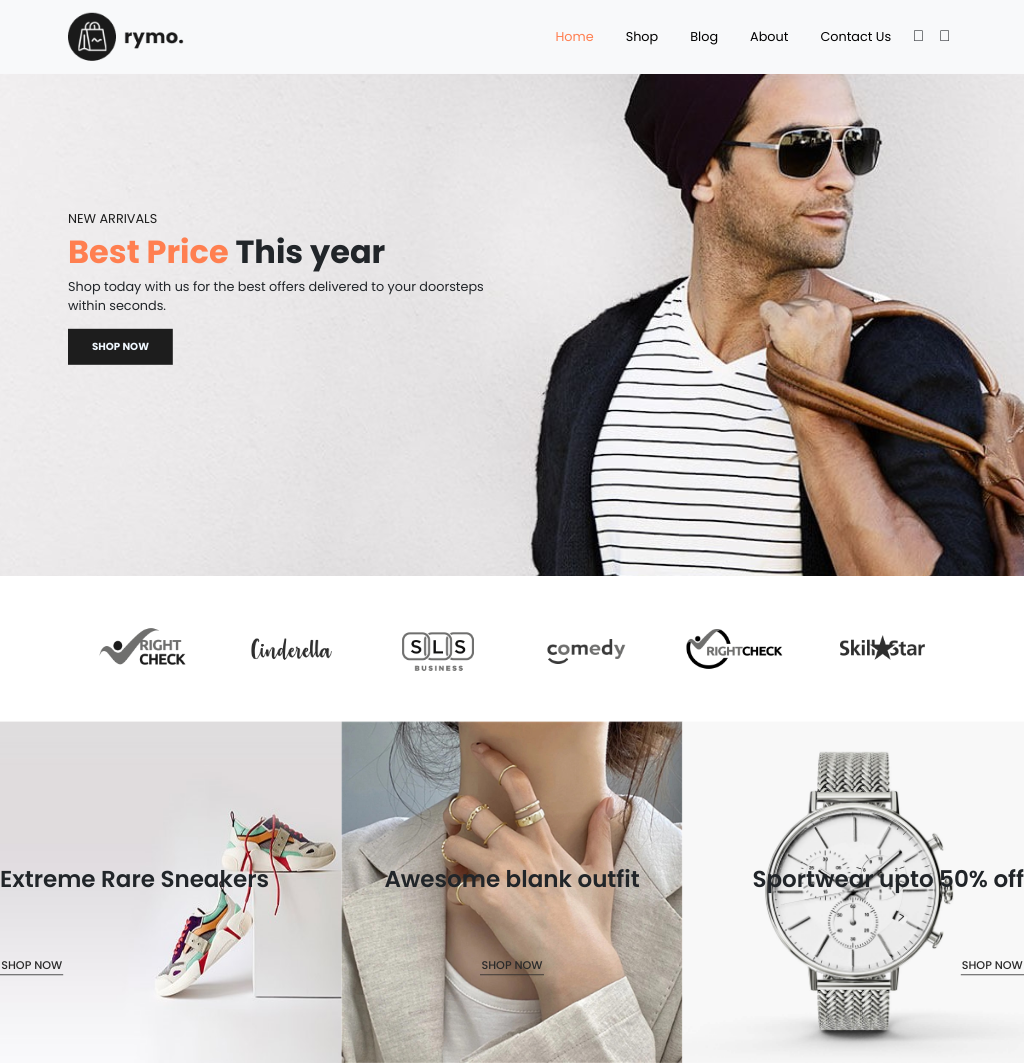
Repository: peter417waweru/e-commerce-UI
Page: index.html
The author's editor kept a copy of each file at every save. The page is drawn from the files as they stood at one save, then again after the next save.
The browser window is 1280 px wide. The pictures show the whole page, at 80% of full size.
Some web libraries are served in a nearby version.

Above is the page before, as saved 2025-02-07 22:40:58.

### index.html
<!DOCTYPE html>
<html lang="en">

    <head>
        <meta charset="UTF-8">
        <meta http-equiv="X-UA-Compatible" content="IE=edge">
        <meta name="viewport" content="width=device-width, initial-scale=1.0">
        <title>Ecommerce Website1</title>

        <link rel="stylesheet" href="https://cdn.jsdelivr.net/npm/bootstrap@4.1.3/dist/css/bootstrap.min.css"
         integrity="sha384-MCw98/SFnGE8fJT3GXwEOngsV7Zt27NXFoaoApmYm81iuXoPkFOJwJ8ERdknLPMO" crossorigin="anonymous">

        <link rel="stylesheet" href="https://pro.fontawesome.com/releases/v5.10.0/css/all.css" />

        <link rel="stylesheet" href="./style.css">
    </head>

    <body>

        <nav class="navbar navbar-expand-lg navbar-light bg-light py-3 fixed-top">
            <div class="container">
              <img src="img/logo1.png" alt="">
              <button class="navbar-toggler" type="button" data-bs-toggle="collapse" data-bs-target="#navbarSupportedContent" aria-controls="navbarSupportedContent" aria-expanded="false" aria-label="Toggle navigation">
                <span><i id="bar" class="fas fa-bars"></i></span>
              </button>
              <div class="collapse navbar-collapse" id="navbarSupportedContent">
                <ul class="navbar-nav ml-auto">
                  <li class="nav-item">
                    <a class="nav-link active" aria-current="page" href="#">Home</a>
                  </li>
                  <li class="nav-item">
                    <a class="nav-link" aria-current="page" href="#">Shop</a>
                  </li>
                  <li class="nav-item">
                    <a class="nav-link" aria-current="page" href="#">Blog</a>
                  </li>
                  <li class="nav-item">
                    <a class="nav-link" aria-current="page" href="#">About</a>
                  </li>
                  <li class="nav-item">
                    <a class="nav-link" aria-current="page" href="#">Contact Us</a>
                  </li>
                  <li class="nav-item">
                    <i class="fal fa-search"></i>
                    <i class="fal fa-shopping-bag"></i>
                  </li>


                </ul>

              </div>
            </div>
        </nav>


        <section id="home">
          <div class="container">
            <h5>NEW ARRIVALS</h5>
            <h1><span>Best Price</span> This year</h1>
            <p>Shop today with us for the best offers delivered to your doorsteps <br>
               within seconds.
            </p>
            <button>Shop Now</button>
          </div>
        </section>

        <section id="brand" class="container">
          <div class="row m-0 py-5">
            <img class="img-fluid col-lg-2 col-md-4 col-sm-6" src="img/brand/1.png" alt="">
            <img class="img-fluid col-lg-2 col-md-4 col-sm-6" src="img/brand/2.png" alt="">
            <img class="img-fluid col-lg-2 col-md-4 col-sm-6" src="img/brand/3.png" alt="">
            <img class="img-fluid col-lg-2 col-md-4 col-sm-6" src="img/brand/4.png" alt="">
            <img class="img-fluid col-lg-2 col-md-4 col-sm-6" src="img/brand/5.png" alt="">
            <img class="img-fluid col-lg-2 col-md-4 col-sm-6" src="img/brand/6.png" alt="">
          </div>
        </section>

        <section id="new" class="w-100">
          <div class="row p-0 m-0">
            <div class="one col-lg-4 col-md-12 col-sm-12 p-0">
              <img class="img-fluid" src="img/new/1.jpg" alt="">
              <div class="details">
                <h2>Extreme Rare Sneakers</h2>
                <button class="text-uppercase">shop now</button>
              </div>
            </div>
            <div class="one col-lg-4 col-md-12 col-sm-12 p-0">
              <img class="img-fluid" src="img/new/5.jpg" alt="">
              <div class="details">
                <h2>Awesome blank outfit</h2>
                <button class="text-uppercase">shop now</button>
              </div>
            </div>
            <div class="one col-lg-4 col-md-12 col-sm-12 p-0">
              <img class="img-fluid" src="img/new/3.jpg" alt="">
              <div class="details">
                <h2>Sportwear upto 50% off</h2>
                <button class="text-uppercase">shop now</button>
              </div>
            </div>
          </div>
        </section>


        <script src="https://cdn.jsdelivr.net/npm/@popperjs/core@2.9.1/dist/umd/popper.min.js"
            integrity="sha384-SR1sx49pcuLnqZUnnPwx6FCym0wLsk5JZuNx2bPPENzswTNFaQU1RDvt3wT4gWFG"
            crossorigin="anonymous"></script>
        <script src="https://cdn.jsdelivr.net/npm/bootstrap@5.0.0-beta3/dist/js/bootstrap.min.js"
            integrity="sha384-j0CNLUeiqtyaRmlzUHCPZ+Gy5fQu0dQ6eZ/xAww941Ai1SxSY+0EQqNXNE6DZiVc"
            crossorigin="anonymous"></script>
    </body>

</html>

### style.css
@import url("https://fonts.googleapis.com/css2?family=Poppins:wght@100;200;300;400;500;600;700;800;900&display=swap");
* {
  margin: 0;
  padding: 0;
  box-sizing: border-box;
}

body {
  font-family: "Poppins", sans-serif;
}

h1 {
  font-size: 2.5rem;
  font-weight: 700;
}

h2 {
  font-size: 1.8rem;
  font-weight: 600;
}

h3 {
  font-size: 1.4rem;
  font-weight: 800;
}

h4 {
  font-size: 1.1rem;
  font-weight: 600;
}

h5 {
  font-size: 1rem;
  font-weight: 400;
  color: #1d1d1d;
}

h6 {
  color: #d8d8d8;
}

button {
  font-size: 0.8rem;
  font-weight: 700;
  outline: none;
  border: none;
  background-color: #1d1d1d;
  color: aliceblue;
  padding: 13px 30px;
  cursor: pointer;
  text-transform: uppercase;
  transition: 0.3s ease;
}

button:hover {
  background-color: #3a3833;
}

hr {
  width: 30px;
  height: 2px;

}

.navbar {
  font-size: 16px;
  background-color: #d8d8d8;
  top: 0;
  left: 0;
}

.navbar-light .navbar-nav .nav-link{
  padding: 0 20px;
  color: black;
  transition: 0.3s ease;
}

.navbar-light .navbar-nav .nav-link:hover,
.navbar i:hover,
.navbar-light .navbar-nav .nav-link.active,
.navbar i.active
{
  color: coral;
}



.navbar i{
  font-size: 1.2rem;
  padding: 0 7px;
  cursor: pointer;
  transition: 0.3s ease;
}

/* Mobile Nav*/


.navbar-light .navbar-toggler{
  border: none;
  outline: none;
}

#bar {
  font-size: 1.5rem;
  padding: 7px;
  cursor: pointer;
  font-weight: 500;
  color: black;
  transition: 0.3s ease;
}

#bar:hover,
#bar.active{
  color: #fff;
}

@media only screen and (max-width: 990px) {

  body > nav > div > button:hover ,
  body > nav > div > button:focus {
    background-color: #fb774b;
  }

  body > nav > div > button:hover #bar,
  body > nav > div > button:focus #bar {
    background-color: #fb774b;
  }

  #navbarSupportedContent > ul {
    margin: 1rem;
    justify-content: flex-end;
    align-items: flex-end;
    text-align: right;
  }

  #navbarSupportedContent > ul > li:nth-child(n) > a {
    padding: 10px 0;
  }
}


#home {
  background-image: url("img/back.jpg");
  width: 100%;
  height: 100vh;
  background-size: cover;
  background-position: top 70px center;
  display: flex;
  flex-direction: column;
  align-items: flex-start;
  justify-content: center;

}

#home span{
  color: coral;
}

#new .row .one img{
  width: 100%;
  height: 100%;
  background-position: center center;
  background-repeat: no-repeat;
  background-size: cover;
  position: relative;
}


#new .row .one .details{
  position: absolute;
  width: 100%;
  height: 100%;
  top: 0;
  left: 0;
  transition: 0.3s ease;
}

#new .row .one:hover .details{
  cursor: pointer;
  background-color: rgba(255, 178, 178, 0.8);
}

#new .row .one .details button{
 display: inline-block;
 font-size: 14px;
 font-weight: 500;
 color: #2a2a2a;
 background: none;
 text-transform: uppercase;
 border-bottom: 1px solid #2a2a2a;
 padding: 1.5px;
 transform: translateY(70px);
 transition: 0.3s ease;
}

#new .row .one .details button:hover{
  cursor: pointer;
  color: #fff;
  border-bottom: 1px solid #fff;
}

#new .row .one:nth-child(1) .details{
  display: flex;
  justify-content: center;
  flex-direction: column;
  align-items: flex-start;
  text-align: start;
}

#new .row .one:nth-child(2) .details{
  display: flex;
  justify-content: center;
  flex-direction: column;
  align-items: center;
  text-align: center;
}

#new .row .one:nth-child(3) .details{
  display: flex;
  justify-content: center;
  flex-direction: column;
  align-items: flex-end;
  text-align: end;
}

After the next save:
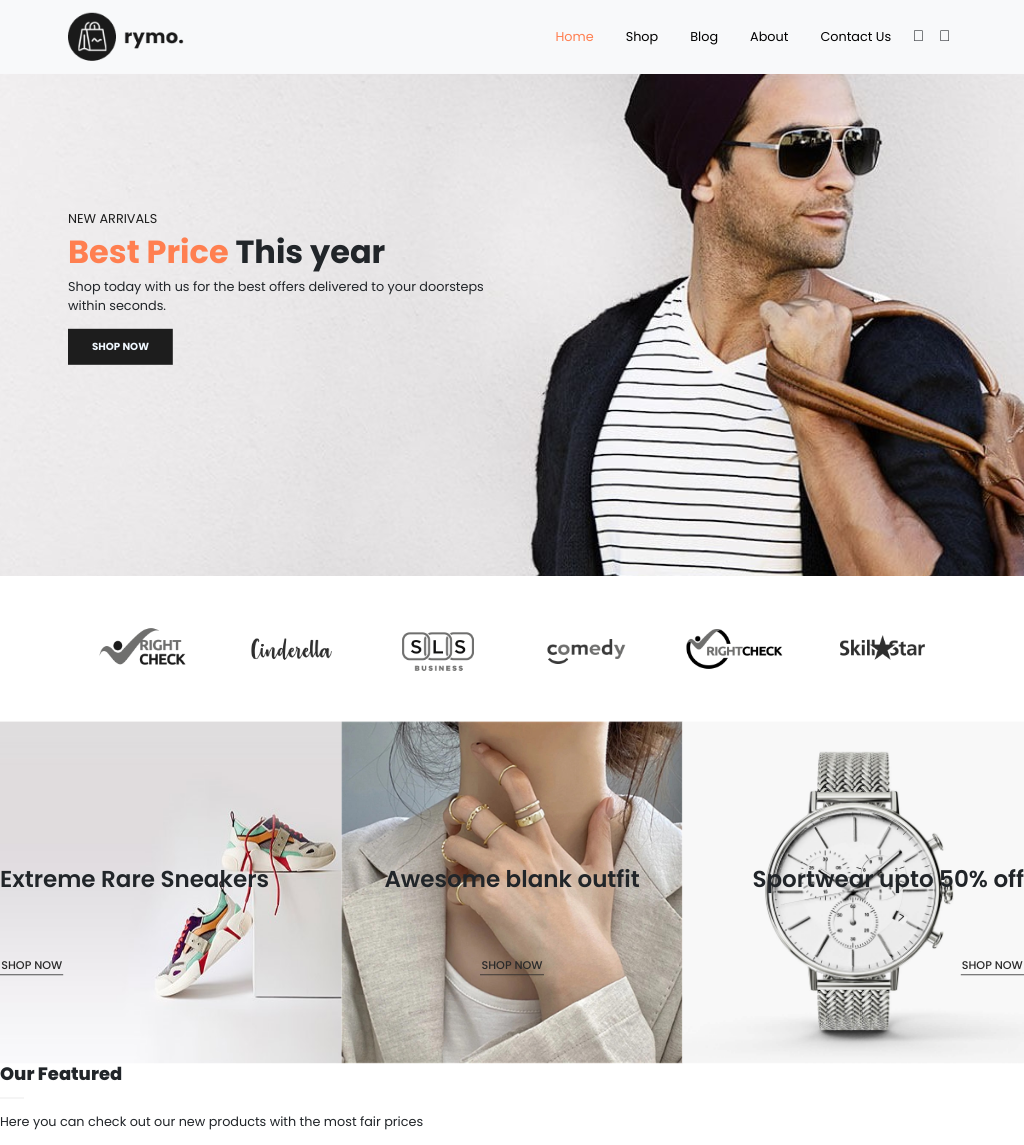
Saved 4 min 39 s later.
--- a/index.html
+++ b/index.html
@@ -101,6 +101,14 @@
           </div>
         </section>
 
+        <section>
+          <div>
+            <h3>Our Featured</h3>
+            <hr>
+            <p>Here you can check out our new products with the most fair prices</p>
+          </div>
+        </section>
+
 
         <script src="https://cdn.jsdelivr.net/npm/@popperjs/core@2.9.1/dist/umd/popper.min.js"
             integrity="sha384-SR1sx49pcuLnqZUnnPwx6FCym0wLsk5JZuNx2bPPENzswTNFaQU1RDvt3wT4gWFG"
